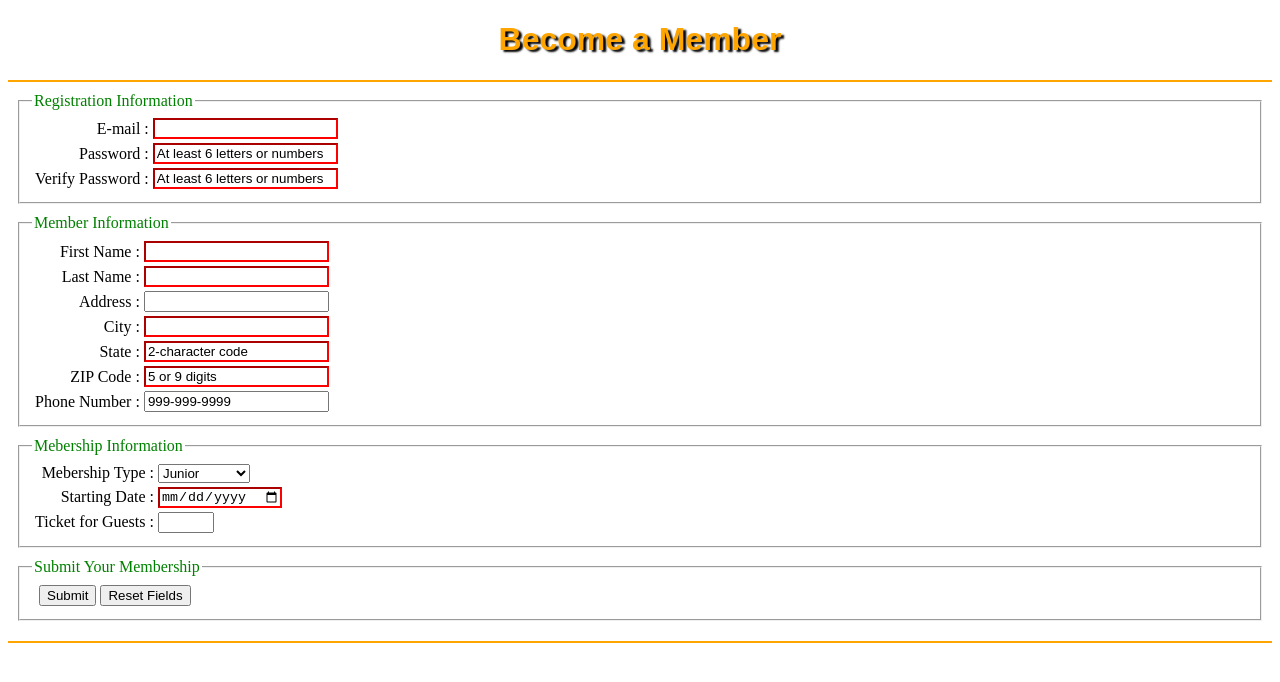
Repository: kjungyoun/Web_Study_2021
Page: homework_front/WebContent/0302/0302.html
An editor plug-in stored every save of this project. The page is shown before and after a run of saves, followed by the edit.
The browser window is 1280 px wide. The pictures show the whole page.
Some web fonts or font styles are not loaded; a fallback is used.

Above is the page before, as saved 2021-03-02 12:38:52.

### homework_front/WebContent/0302/0302.html
<!DOCTYPE html>
<html>
<head>
<meta charset="UTF-8">
<title>Become a Member</title>
<style type="text/css">
	fieldset {
	color: green
}
	table {
	color : black
	}
	h1 {
	font-family: "Arial Black", sans-serif;
	color:orange;
	text-shadow: 3px 2px 2px black;
	}
</style>
</head>
<body>
<header>
	<h1 align="center">
		Become a Member
	</h1>
	<hr color="orange" size="2px">
</header>
<form action="index.html">
	<fieldset style="margin: 10px;">
		<legend>Registration Information</legend>
		<table>
			<tbody>
				<tr>
					<td align="right">
						<label for="userid">E-mail : </label>
					</td>
					<td align="left">
						<input type="email" id="email" name="email" style="border-color: red">
					</td>
				</tr>
				<tr>
					<td align="right">
					<label for="password">Password : </label>
					</td>
					<td align="left">
						<input type="text" id="psw" name="psw" value="At least 6 letters or numbers" style="border-color:red">
					</td>
				</tr>
				<tr>
					<td align="right">
						<label for="vpassword">Verify Password : </label>
					</td>
					<td align="left">
						<input type="text" id="vpwd" name="vpwd" value="At least 6 letters or numbers" style="border-color:red;">
					</td>
				</tr>
			</tbody>
		</table>
	</fieldset>
	<fieldset style="margin:10px;">
		<legend>Member Information</legend>
		<table >
			<tbody>
				<tr>
					<td align="right">
						<label for="fname">First Name : </label>
					</td>
					<td align="left">
						<input type="text" id="fname" name="fname" style="border-color:red">
					</td>
				</tr>
				<tr>
					<td align="right">
					<label for="lname">Last Name : </label>
					</td>
					<td align="left">
						<input type="text" id="lname" name="lname" style="border-color:red">
					</td>
				</tr>
				<tr>
					<td align="right">
						<label for="address">Address : </label>
					</td>
					<td align="left">
						<input type="text" id="addr" name="addr">
					</td>
				</tr>
				<tr>
					<td align="right">
						<label for="city">City : </label>
					</td>
					<td align="left">
						<input type="text" id="city" name="city" style="border-color:red">
					</td>
				</tr>
				<tr>
					<td align="right">
						<label for="state">State : </label>
					</td>
					<td align="left">
						<input type="text" id="state" name="state" value="2-character code" style="border-color:red">
					</td>
				</tr>
				<tr>
					<td align="right">
						<label for="zip">ZIP Code : </label>
					</td>
					<td align="left">
						<input type="text" id="addr" name="addr" value="5 or 9 digits" style="border-color:red">
					</td>
				</tr>
				<tr>
					<td align="right">
						<label for="phone">Phone Number : </label>
					</td>
					<td align="left">
						<input type="tel" id="phone" name="phone" value="999-999-9999">
					</td>
				</tr>
			</tbody>
		</table>
	</fieldset>
	<fieldset style="margin:10px;">
		<legend>Mebership Information</legend>
		<table>
			<tr>
				<td align="right">
					<label for="type">Mebership Type : </label>
				</td>
				<td align="left">
					<select name="type" >
						<optgroup label="membership" >
							<option>Junior</option>
							<option>Senior</option>
							<option>Semi Pro</option>
							<option>Pro</option>
							<option>VIP</option>
						</optgroup>
					</select>
				</td>
			</tr>
			<tr>
				<td align="right">
					<label for="date">Starting Date : </label>
				</td>
				<td align="left">
					<input type="date" name="date" style="border-color:red">
				</td>
			</tr>
			<tr>
				<td align="right">
					<label for="guest">Ticket for Guests : </label>
				</td>
				<td align="left">
					<input type="number" min="0" max="30" name="guest">
				</td>
			</tr>
		</table>
	</fieldset>
	<fieldset style="margin:10px; margin-bottom: 20px">
		<legend>Submit Your Membership</legend>
		<table>
			<tr>
				<td></td>
				<td>
					<button type="submit">Submit</button>
					<button type="reset">Reset Fields</button>
				</td>
			</tr>
		</table>
	</fieldset>
</form>
<hr color="orange" size="2px">
</body>
</html>

After the next 2 saves:
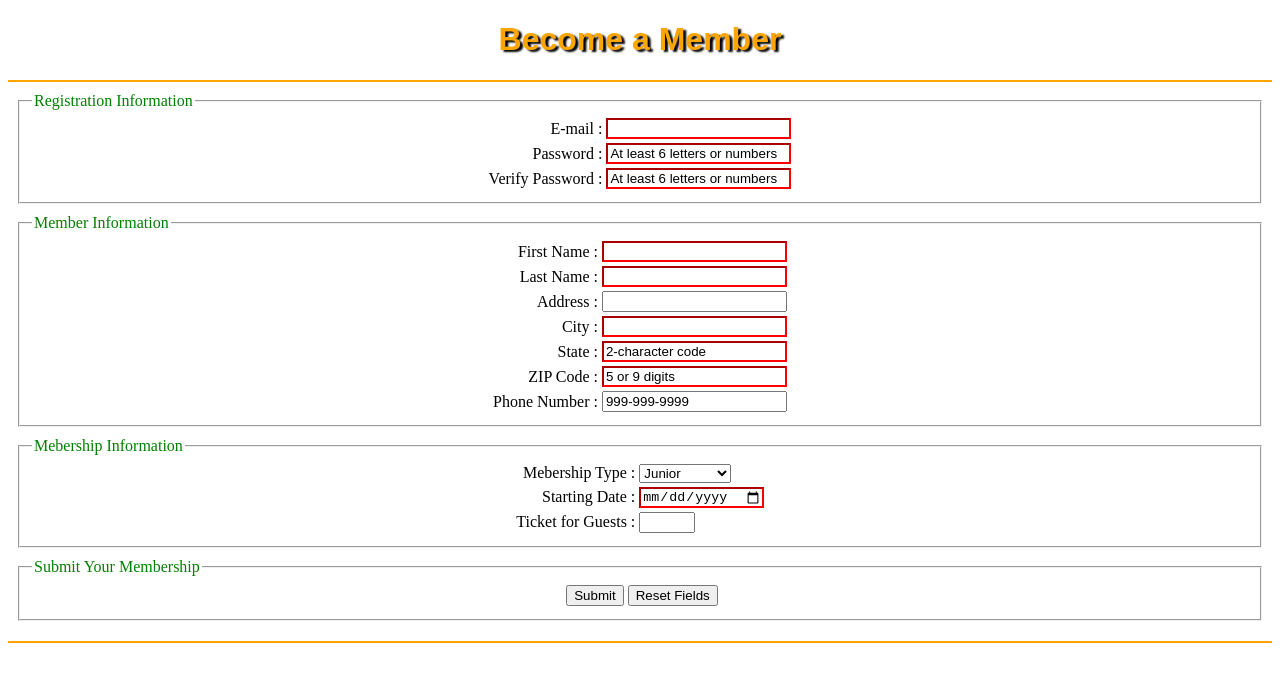
The 2 saves are shown as one change because they came seconds apart.
The last was saved 21 s later.
--- a/homework_front/WebContent/0302/0302.html
+++ b/homework_front/WebContent/0302/0302.html
@@ -8,7 +8,9 @@
 	color: green
 }
 	table {
-	color : black
+	color : black;
+	margin: auto;
+	width
 	}
 	h1 {
 	font-family: "Arial Black", sans-serif;
